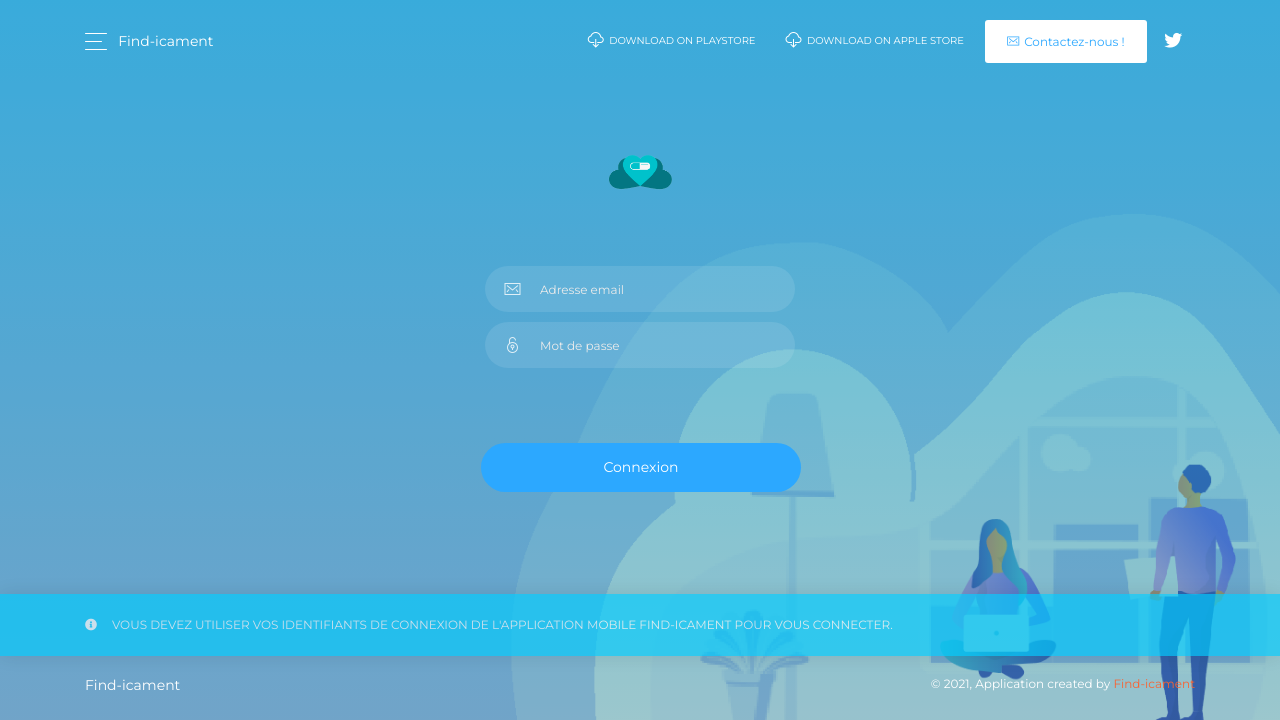
Repository: sdeschaepmeester/samanthawebsite
Page: /login-page
An editor plug-in stored every save of this project. The page is shown before and after the next save, followed by the edit.
The browser window is 1280 px wide. The pictures show the whole page.
The project was rebuilt for these pictures with package versions that can differ from the ones it lists, and the page was loaded fresh each time. Also part of the build but not shown: src/assets/demo/nucleo-icons-page-styles.css, src/components/Navbars/IndexNavbar.js, src/components/Headers/IndexHeader.js, src/components/Footers/DarkFooter.js, src/views/index-sections/Images.js, src/views/index-sections/Introduction.js, src/views/index-sections/BasicElements.js, src/views/index-sections/Navbars.js and 20 more.

Above is the page before, as saved 2021-06-01 12:09:10.

After the next save:
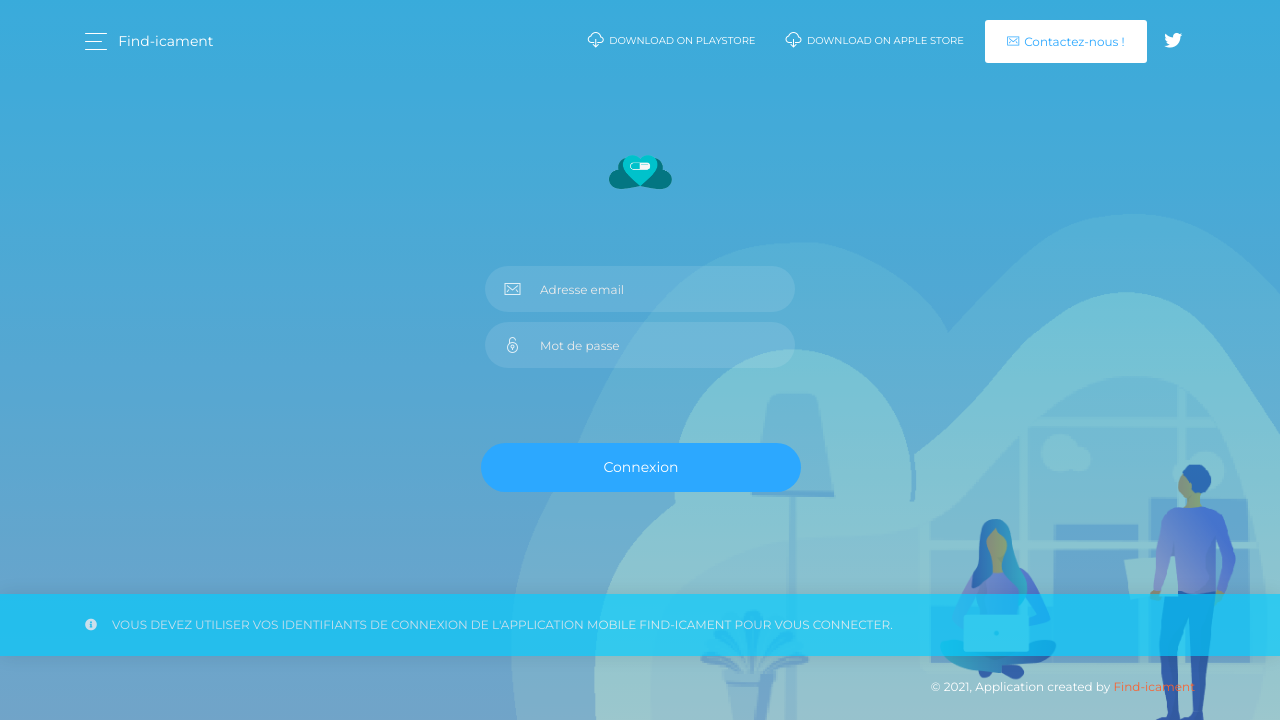
Saved 23 s later.
--- a/src/components/Footers/TransparentFooter.js
+++ b/src/components/Footers/TransparentFooter.js
@@ -8,13 +8,6 @@ function TransparentFooter() {
   return (
     <footer className="footer">
       <Container>
-        <nav>
-          <ul>
-            <li>
-                Find-icament
-            </li>
-          </ul>
-        </nav>
         <div className="copyright" id="copyright">
           © {new Date().getFullYear()}, Application created by{" "}
           <a
